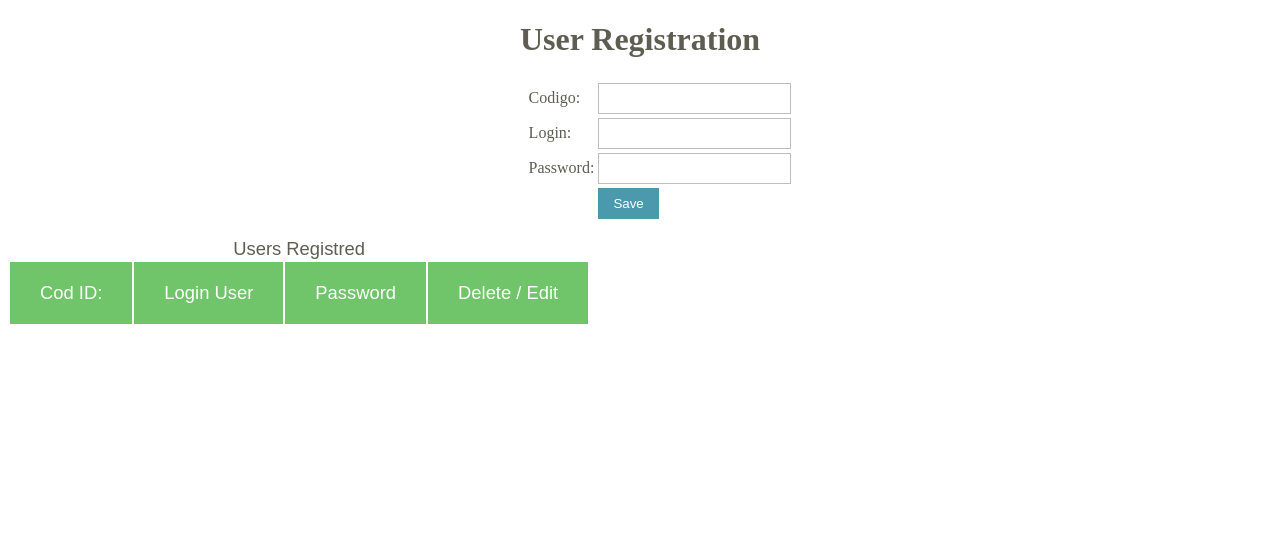
Repository: ViniciusBeletella/project-jsp
Page: http://localhost/project-jsp/userRegistration.jsp
These files come from the project's save history. The page is drawn as it stood at one moment and after the next save; the edit follows.
The browser window is 1280 px wide. The pictures show the whole page.
The page is served by Tomcat 9.

Above is the page before, as saved 2019-12-20 22:40:15.

After the next save:
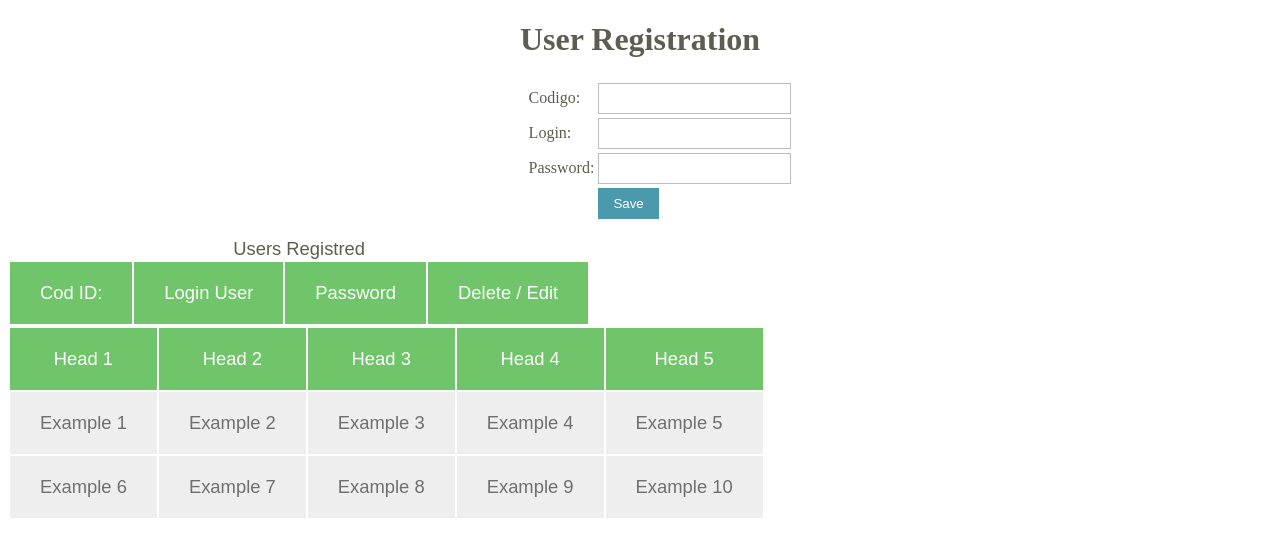
Saved 36 s later.
--- a/project-jsp/WebContent/userRegistration.jsp
+++ b/project-jsp/WebContent/userRegistration.jsp
@@ -72,5 +72,31 @@
 			</c:forEach>
 		</table>
 		</tbody>
+
+		<table class="flat-table">
+  <tbody>
+    <tr>
+      <th>Head 1</th>
+      <th>Head 2</th>
+      <th>Head 3</th>
+      <th>Head 4</th>
+      <th>Head 5</th>
+    </tr>
+    <tr>
+      <td>Example 1</td>
+      <td>Example 2</td>
+      <td>Example 3</td>
+      <td>Example 4</td>
+      <td>Example 5</td>
+    </tr>
+    <tr>
+      <td>Example 6</td>
+      <td>Example 7</td>
+      <td>Example 8</td>
+      <td>Example 9</td>
+      <td>Example 10</td>
+    </tr>
+  </tbody>
+	</table>
 </body>
 </html>

After the 2 saves that followed:
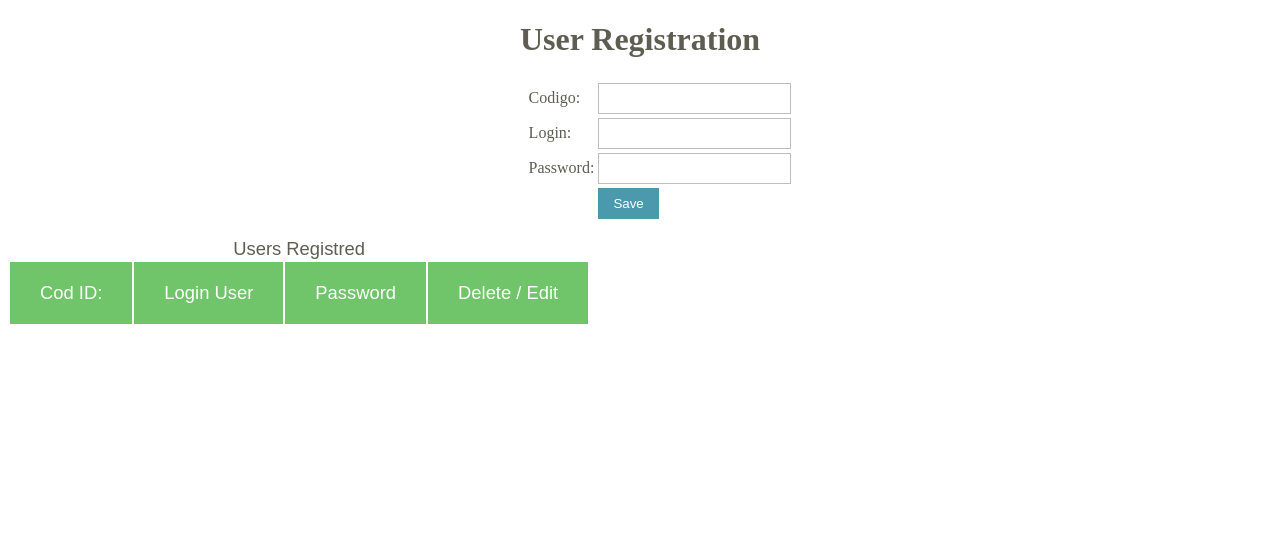
The 2 saves are shown as one change because 1 left the picture as it was.
The last was saved 2 min 11 s later.
--- a/project-jsp/WebContent/userRegistration.jsp
+++ b/project-jsp/WebContent/userRegistration.jsp
@@ -53,9 +53,9 @@
 			<caption>Users Registred</caption>
 			<tr>
 				<th>Cod ID:</th>
-				<th data-th="Driver details"><span>Login User</span></th>
+				<th>Login User</th>
 				<th>Password</th>
-				<th>      Delete / Edit</th>
+				<th>Delete / Edit</th>
 			</tr>
 			<c:forEach items="${users}" var="userL">
 				<tr>
@@ -73,30 +73,5 @@
 		</table>
 		</tbody>
 
-		<table class="flat-table">
-  <tbody>
-    <tr>
-      <th>Head 1</th>
-      <th>Head 2</th>
-      <th>Head 3</th>
-      <th>Head 4</th>
-      <th>Head 5</th>
-    </tr>
-    <tr>
-      <td>Example 1</td>
-      <td>Example 2</td>
-      <td>Example 3</td>
-      <td>Example 4</td>
-      <td>Example 5</td>
-    </tr>
-    <tr>
-      <td>Example 6</td>
-      <td>Example 7</td>
-      <td>Example 8</td>
-      <td>Example 9</td>
-      <td>Example 10</td>
-    </tr>
-  </tbody>
-	</table>
 </body>
 </html>
